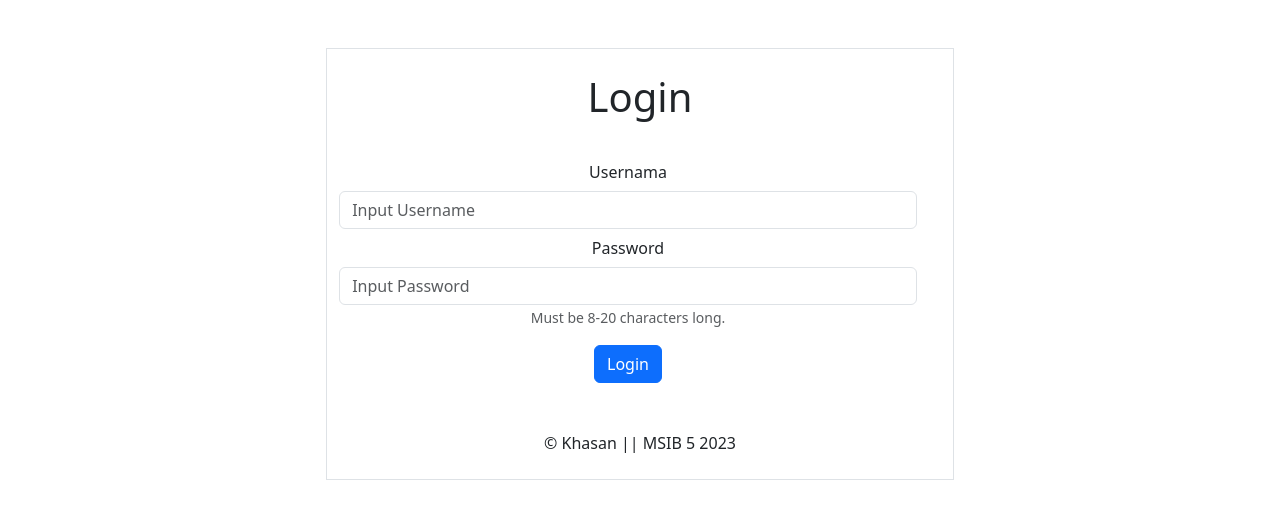
Repository: AHSANS354/Tugas-MSIB-5-GitHub
Page: http://localhost/tugas login/login.php
The author's editor kept a copy of each file at every save. The page is drawn from the files as they stood at one save, then again after the next save.
The browser window is 1280 px wide. The pictures show the whole page.
The page is run by PHP 8.4 with error messages shown; the project is at /var/www/html/.

Above is the page before, as saved 2023-09-27 23:24:34.

After the next save:
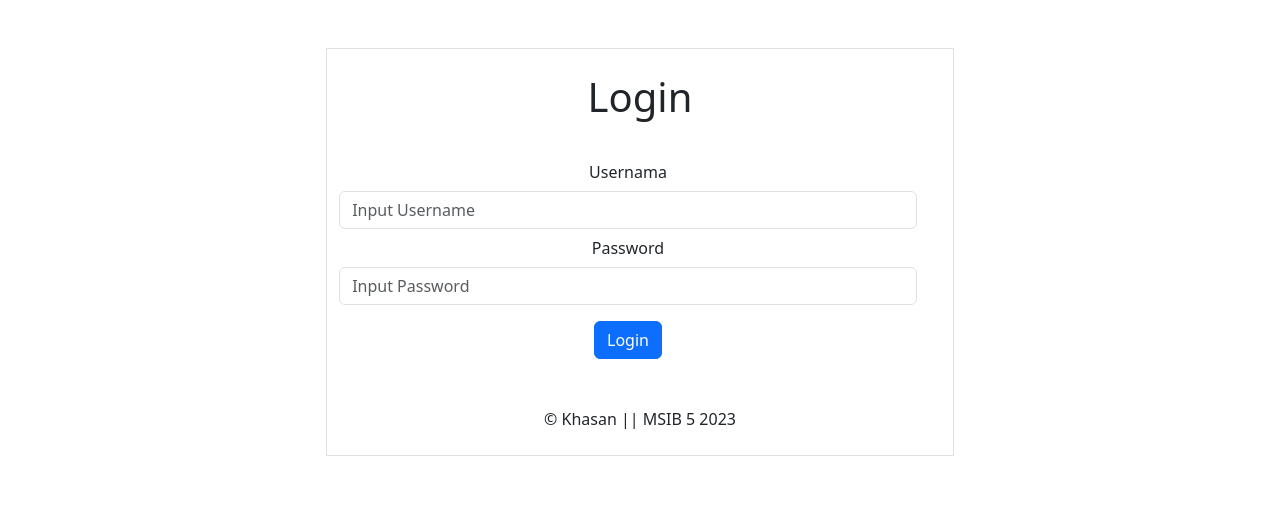
Saved 2 min 37 s later.
--- a/tugas login/login.php
+++ b/tugas login/login.php
@@ -25,11 +25,7 @@
                 <div class="col-auto">
                     <input type="password" id="pass" name="pass"placeholder="Input Password"  class="form-control" aria-describedby="passwordHelpInline">
                 </div>
-                <div class="col-auto">
-                    <span id="passwordHelpInline" class="form-text">
-                        Must be 8-20 characters long.
-                    </span>
-                </div>
+
                 <div class="col-auto mt-3">
                     <button type="submit" class="btn btn-primary">Login</button>
                 </div>
